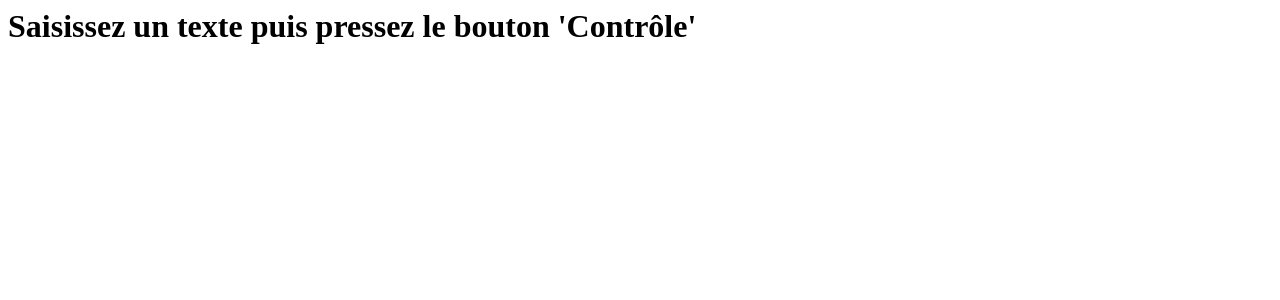
Repository: evalwebmeteofullstack/Gestion_meteo
Page: Notes/Cours + Exercices/Exercices/static/test/6em-code.html
The author's editor kept a copy of each file at every save. The page is drawn from the files as they stood at one save, then again after the next save.
The browser window is 1280 px wide. The pictures show the whole page.

Above is the page before, as saved 2019-02-04 09:59:28.

After the next save:
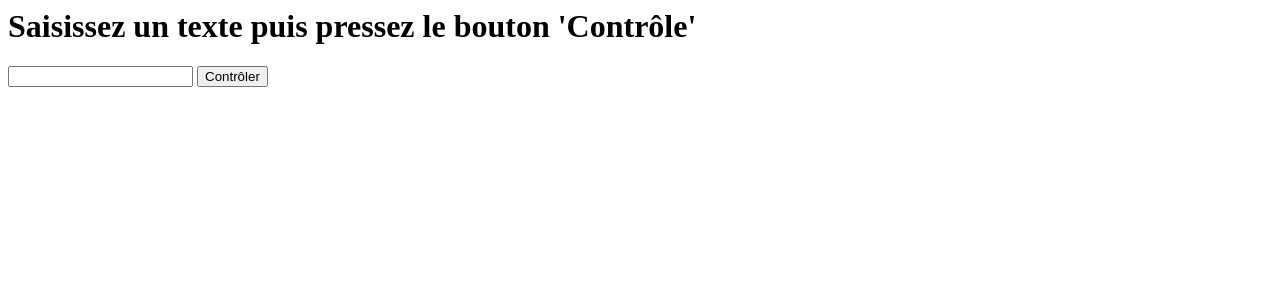
Saved 49 s later.
--- a/Notes/Cours + Exercices/Exercices/static/test/6em-code.html
+++ b/Notes/Cours + Exercices/Exercices/static/test/6em-code.html
@@ -6,7 +6,8 @@
 <body>
 	<h1>Saisissez un texte puis pressez le bouton 'Contrôle'</h1>
 	<form action="http://www.afpa.fr" method="post">
-
+	<input type="text" name="txtResult" id="Ztxt"/>
+	<input type="button" name="butCtrl" id="butCtrl" value="Contrôler">
 	</form>
 	<script src="test6.js"></script>
 </body>
